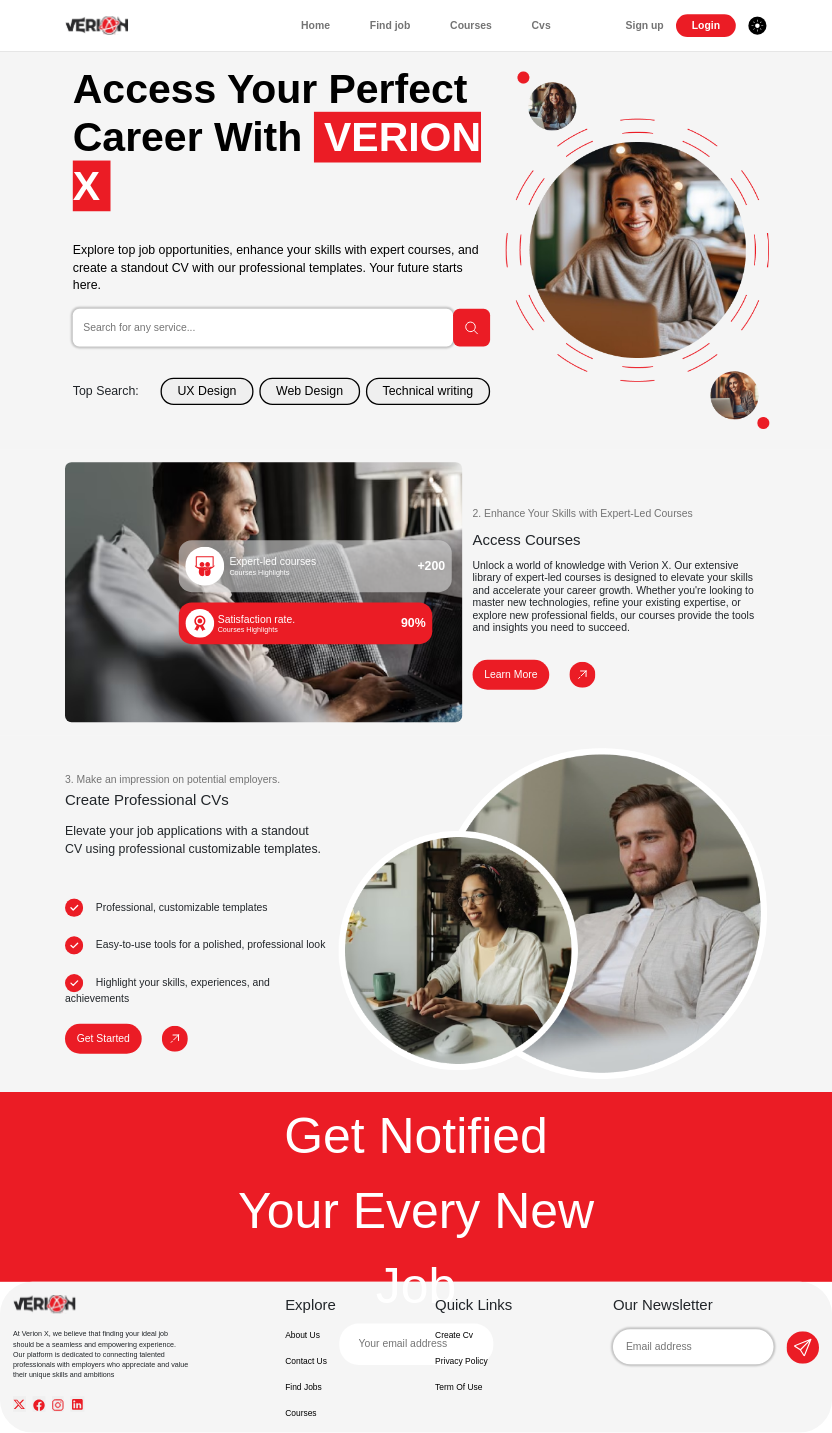
Repository: SahMenz/verionX
Page: /
An editor plug-in stored every save of this project. The page is shown before and after the next save, followed by the edit.
The browser window is 1280 px wide. The pictures show the whole page, at 65% of full size.
The project was rebuilt for these pictures with package versions that can differ from the ones it lists, and the page was loaded fresh each time. Also part of the build but not shown: vite.config.js.

Above is the page before, as saved 2024-06-16 17:38:42.

After the next save:
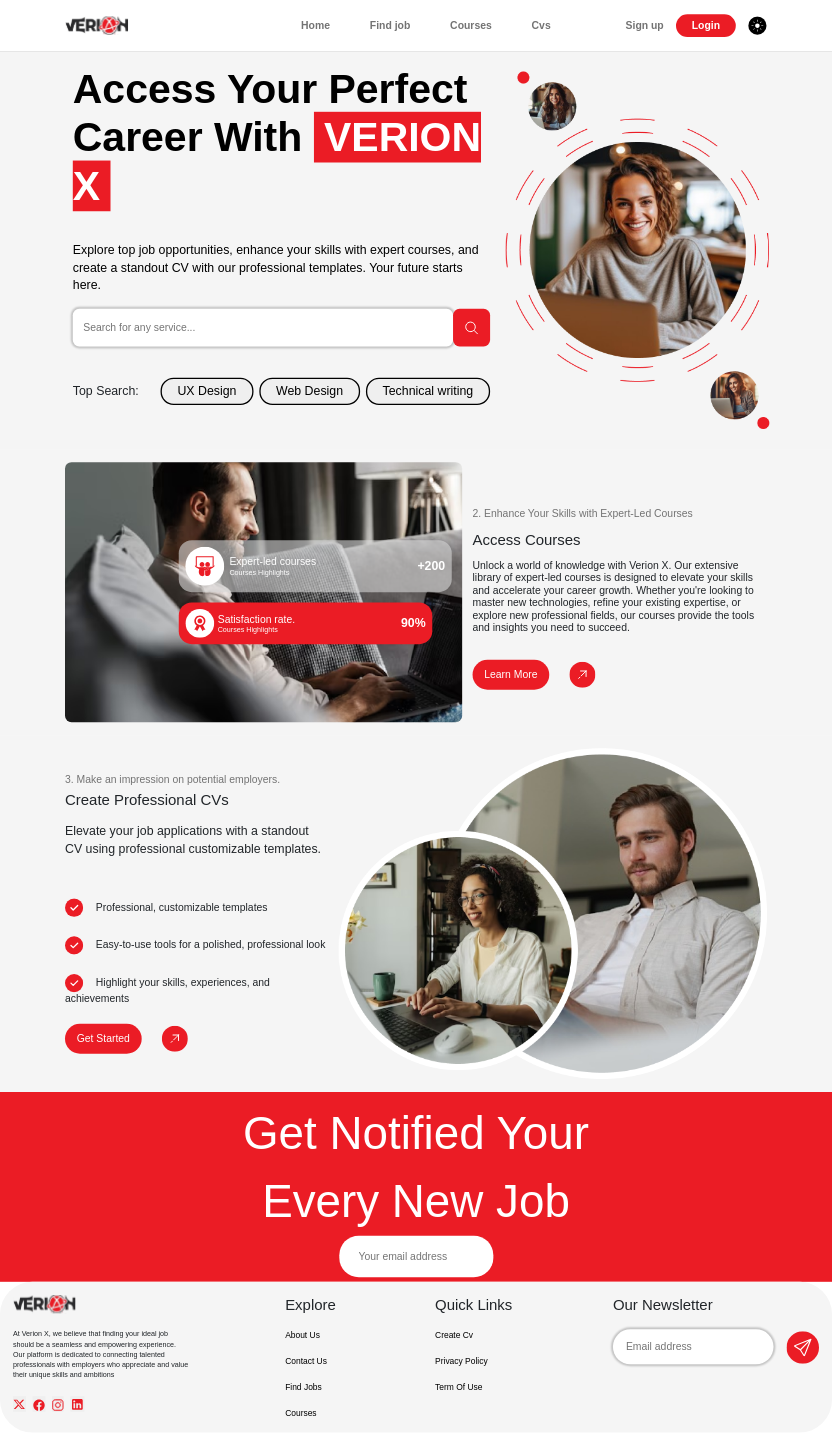
Saved 13 s later.
--- a/src/components/home/getNotified/getNotified.css
+++ b/src/components/home/getNotified/getNotified.css
@@ -10,5 +10,7 @@
 }
 
 @media (min-width:400px) {
-
+    .getNotified{
+        font-size: 5.5vw;
+    }
 }
